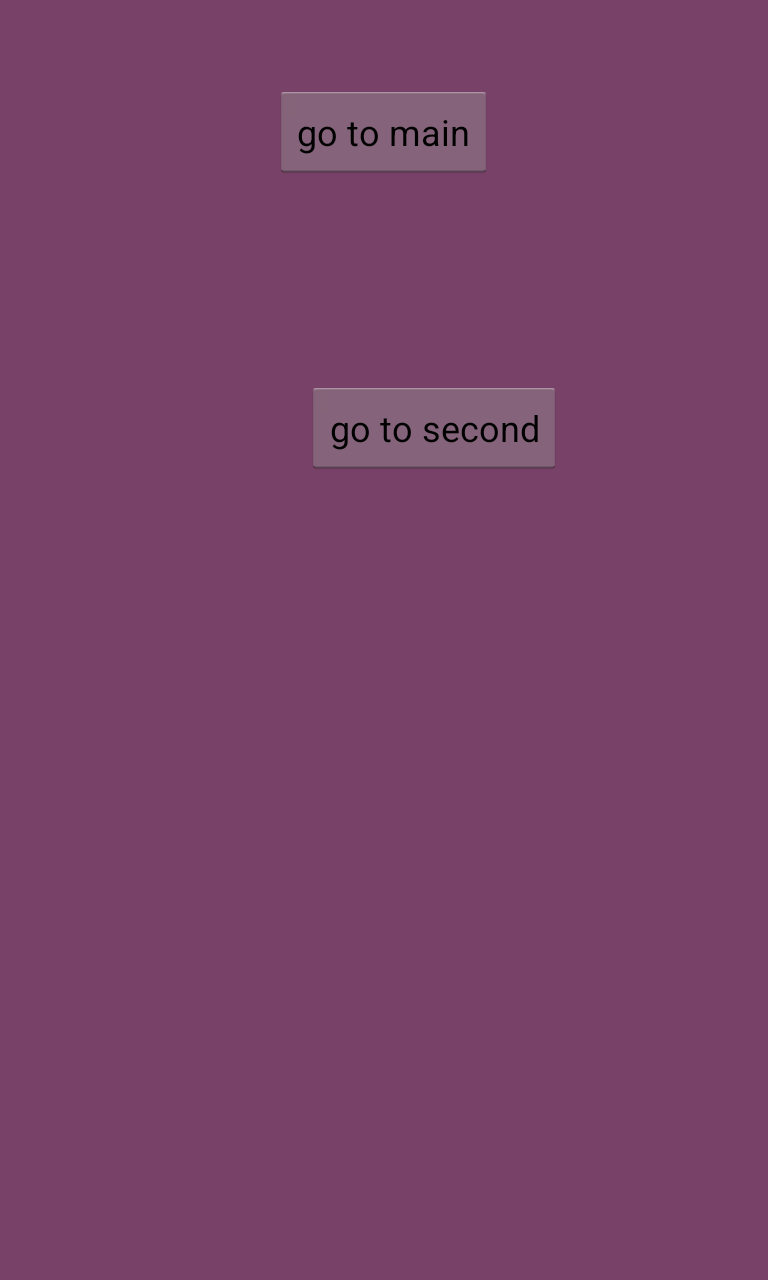
Repository: arjuntheprogrammer/iact
Layout: iact/iact android practice/mywork/Intent Application/res/layout/activity_third.xml
The author's editor kept a copy of each file at every save. The layout is drawn from the files as they stood at one save, then again after the next save.
It is drawn on a 768 x 1280 px phone screen (xhdpi) without system bars, with theme AppTheme; the app's code is not run.

Above is the layout before, as saved 2015-12-26 00:13:18.

After the next save:
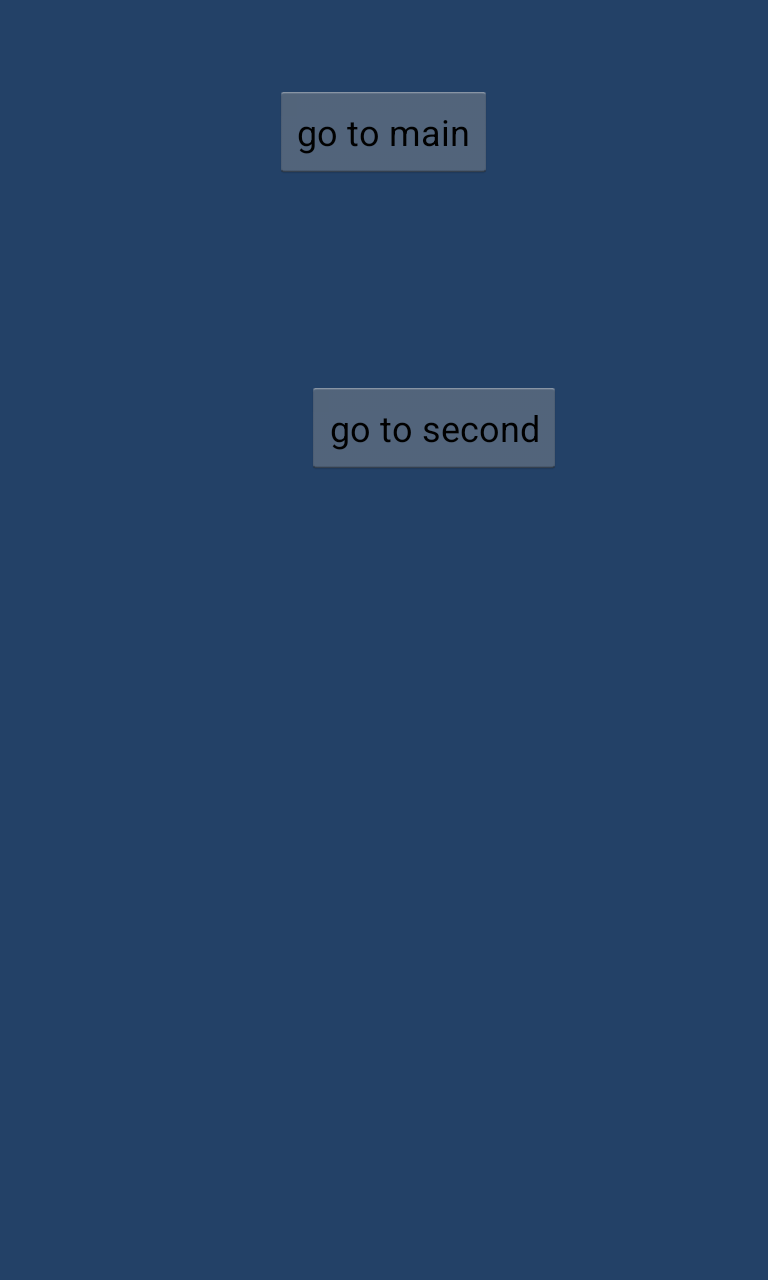
Saved 17 s later.
--- a/iact/iact android practice/mywork/Intent Application/res/layout/activity_third.xml
+++ b/iact/iact android practice/mywork/Intent Application/res/layout/activity_third.xml
@@ -2,7 +2,7 @@
 <RelativeLayout xmlns:android="http://schemas.android.com/apk/res/android"
     android:layout_width="match_parent"
     android:layout_height="match_parent"
-    android:background="#784167"
+    android:background="#234167"
 
     >
 
